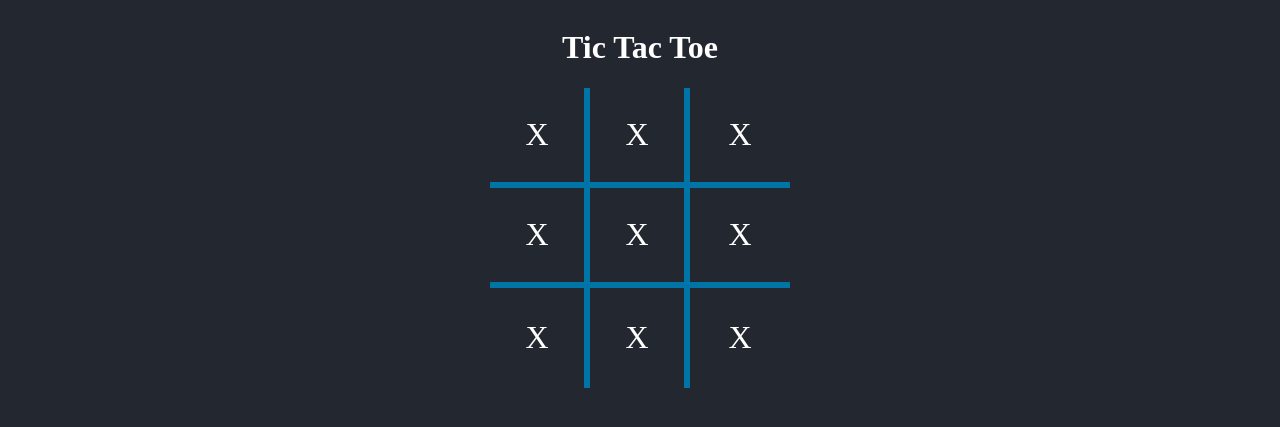
Repository: rts-cmk/tic-tac-toe-Malak-003
Page: /
These files come from the project's save history. The page is drawn as it stood at one moment and after the next save; the edit follows.
The browser window is 1280 px wide. The pictures show the whole page.
The project was rebuilt for these pictures with package versions that can differ from the ones it lists, and the page was loaded fresh each time. Also part of the build but not shown: vite.config.js, src/index.css.

Above is the page before, as saved 2025-11-04 10:17:17.

### index.html
<!doctype html>
<html lang="en">
  <head>
    <meta charset="UTF-8" />
    <link rel="icon" type="image/svg+xml" href="/vite.svg" />
    <meta name="viewport" content="width=device-width, initial-scale=1.0" />
    <title>tic-tac-toe-malak-003</title>
  </head>
  <body>
    <div id="root"></div>
    <script type="module" src="/src/main.jsx"></script>
  </body>
</html>

### src/App.jsx
import TicTacToe from "./components/TicTacToe"
import "./App.css"

function App(){
    return <TicTacToe/>

}

export default App

### src/components/TicTacToe.jsx
import { useState } from "react"
import Board from "./Board"

function TicTacToe(){
    const [tiles, setTiles] = useState(Array(9).fill(null))
    return(
    <div>
        <h1>Tic Tac Toe</h1>
        <Board tiles={tiles}/>
    </div>
    )
}
    export default TicTacToe

### src/App.css
body {
  display: flex;
  flex-direction: column;
  align-items: center;
  background-color: #23272f;
  color: white;
}

h1 {
  text-align: center;
}

.board {
  display: grid;
  grid-template-columns: 100px 100px 100px;
  grid-template-rows: 100px 100px 100px;
  cursor: pointer;
  position: relative;
}

.tile {
  color: currentColor;
  font-size: 2em;
  display: flex;
  justify-content: center;
  align-items: center;
}

.right-border {
  border-right: 0.2em solid #0074a6;
}

.bottom-border {
  border-bottom: 0.2em solid #0074a6;
}

.x-hover:hover::after {
  content: "X";
  opacity: 0.4;
}

.o-hover:hover::after {
  content: "O";
  opacity: 0.4;
}

.strike {
  position: absolute;
  background-color: darkorange;
}

.strike-row-1 {
  width: 100%;
  height: 4px;
  top: 15%;
}
.strike-row-2 {
  width: 100%;
  height: 4px;
  top: 48%;
}
.strike-row-3 {
  width: 100%;
  height: 4px;
  top: 83%;
}
.strike-column-1 {
  height: 100%;
  width: 4px;
  left: 15%;
}
.strike-column-2 {
  height: 100%;
  width: 4px;
  left: 48%;
}
.strike-column-3 {
  height: 100%;
  width: 4px;
  left: 83%;
}
.strike-diagonal-1 {
  width: 90%;
  height: 4px;
  top: 50%;
  left: 5%;
  transform: skewY(45deg);
}
.strike-diagonal-2 {
  width: 90%;
  height: 4px;
  top: 50%;
  left: 5%;
  transform: skewY(-45deg);
}

.game-over {
  text-align: center;
  border: #5468ff 8px;
  border-style: dotted;
  padding: 10px;
  margin-top: 50px;
  font-size: 1.5em;
}

.reset-button {
  margin-top: 50px;
  padding: 20px;
  background-color: #0074a6;
  color: white;
  width: 100%;
  font-size: 1.5em;
}

### src/components/Board.jsx
import Strike from "./Strike"
import Tile from "./Tile"

function Board({ tiles, onTileClick }) {
    return <div className="board">
        <Tile onClick={() => onTileClick(0)} value={tiles[0]} className="right-border bottom-border" />
        <Tile onClick={() => onTileClick(1)} value={tiles[1]} className="right-border bottom-border" />
        <Tile onClick={() => onTileClick(2)} value={tiles[2]} className=" bottom-border" />
        <Tile onClick={() => onTileClick(3)} value={tiles[3]} className="right-border bottom-border" />
        <Tile onClick={() => onTileClick(4)} value={tiles[4]} className="right-border bottom-border" />
        <Tile onClick={() => onTileClick(5)} value={tiles[5]} className="bottom-border" />
        <Tile onClick={() => onTileClick(6)} value={tiles[6]} className="right-border " />
        <Tile onClick={() => onTileClick(7)} value={tiles[7]} className="right-border" />
        <Tile onClick={() => onTileClick(8)} value={tiles[8]} />
        <Strike />
    </div>
}

export default Board

### src/components/Strike.jsx

function Strike(){
    return <div></div>

}
    export default Strike

### src/components/Tile.jsx
function Tile({className}){
    return <div className={`tile ${className}`}>X</div>
}

export default Tile

Loaded but not shown: src/main.jsx (common file)

After the next save:
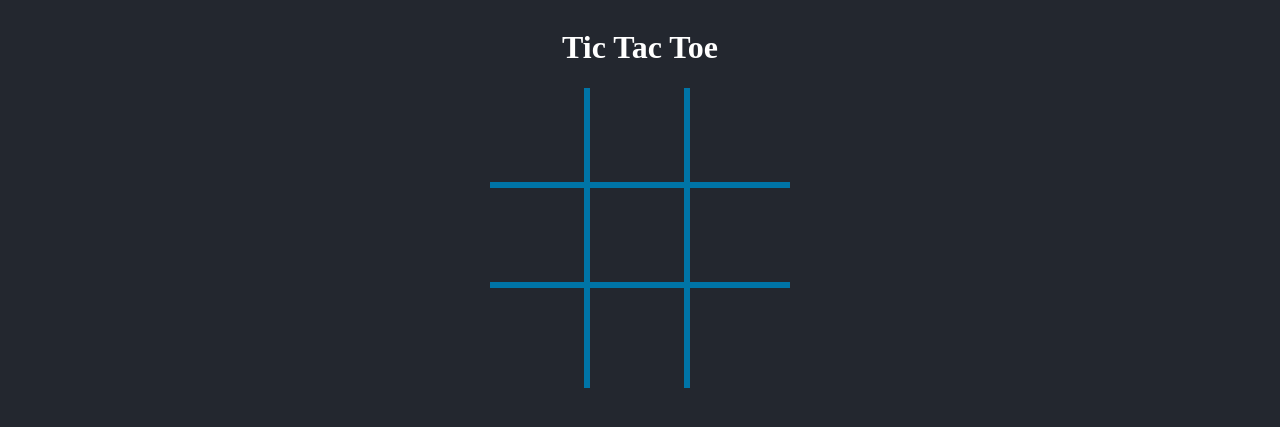
Saved 69 s later.
--- a/src/components/Tile.jsx
+++ b/src/components/Tile.jsx
@@ -1,5 +1,5 @@
-function Tile({className}){
-    return <div className={`tile ${className}`}>X</div>
+function Tile({className, value, onClick}){
+    return <div onClick={onClick}  className={`tile ${className}`}>{value}</div>
 }
 
 export default Tile
